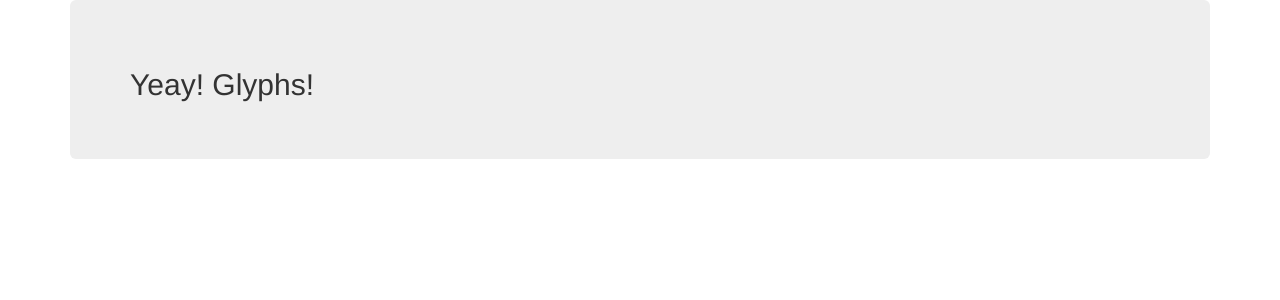
Repository: jksfoTemp/html-css-js
Page: -HTML5/bootstrap/progressbars.html
The author's editor kept a record of every edit. The page is drawn from the files as they stood at one moment, then again after the next edit.
The browser window is 1280 px wide. The pictures show the whole page.
Some web libraries are served in a nearby version.

Above is the page before.

After the next edit:
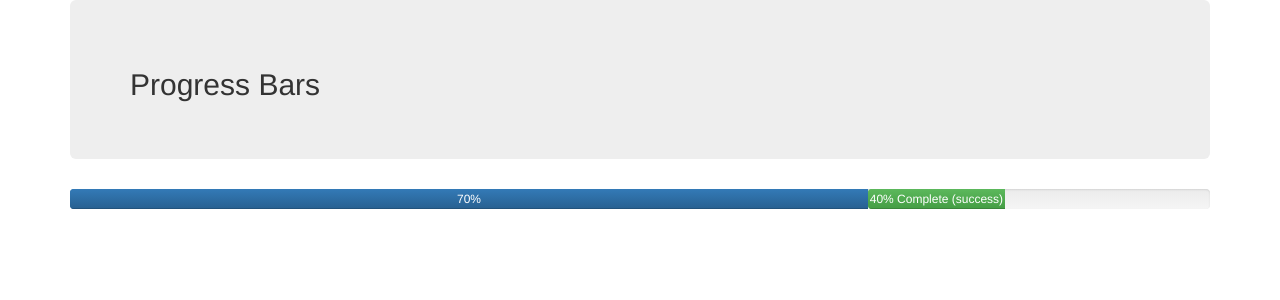
The edit:
--- a/-HTML5/bootstrap/progressbars.html
+++ b/-HTML5/bootstrap/progressbars.html
@@ -25,9 +25,36 @@
 <body>
     <div class="container">
         <div class="jumbotron ">
-            <h2>Yeay! Glyphs!</h2>
+            <h2>Progress Bars</h2>
         </div>
-        <div class="">
+
+        <div class="progress">
+        <div class="progress-bar" role="progressbar" aria-valuenow="70"
+        aria-valuemin="0" aria-valuemax="100" style="width:70%">
+        70%
+        </div>
+        <div class="progress">
+            <div class="progress-bar progress-bar-success" role="progressbar" aria-valuenow="40" aria-valuemin="0" aria-valuemax="100" style="width:40%">
+                40% Complete (success)
+            </div>
+        </div>
+
+        <div class="progress">
+            <div class="progress-bar progress-bar-info" role="progressbar" aria-valuenow="50" aria-valuemin="0" aria-valuemax="100" style="width:50%">
+                50% Complete (info)
+            </div>
+        </div>
+
+        <div class="progress">
+            <div class="progress-bar progress-bar-warning" role="progressbar" aria-valuenow="60" aria-valuemin="0" aria-valuemax="100" style="width:60%">
+                60% Complete (warning)
+            </div>
+        </div>
+
+        <div class="progress">
+            <div class="progress-bar progress-bar-danger" role="progressbar" aria-valuenow="70" aria-valuemin="0" aria-valuemax="100" style="width:70%">
+                70% Complete (danger)
+            </div>
         </div>
     </div>
 </body>
